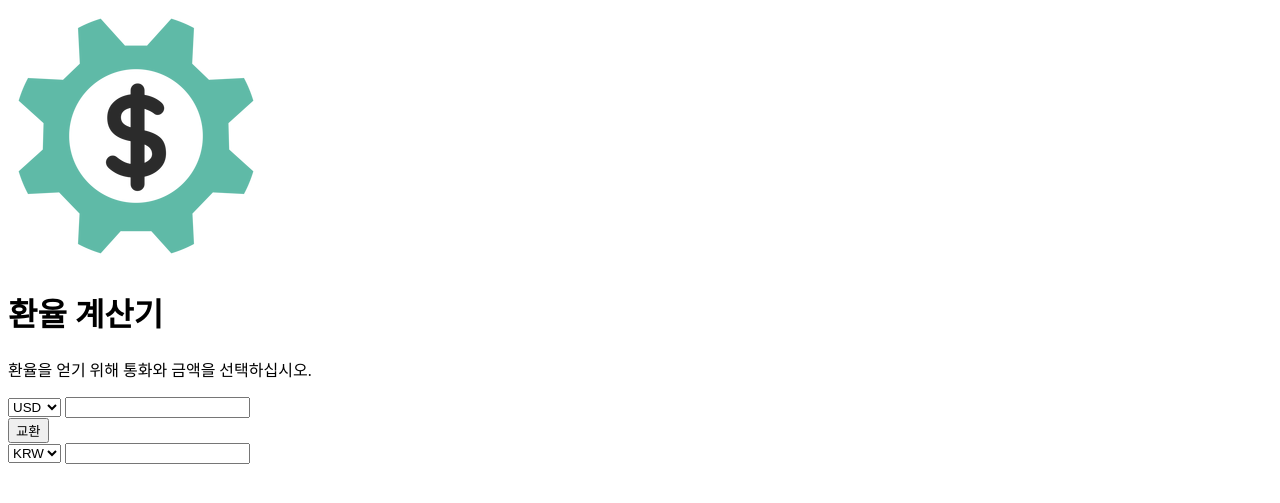
Repository: AbrorjonKuchkarov/exchange-rate
Page: index.html
These files come from the project's save history. The page is drawn as it stood at one moment and after the next save; the edit follows.
The browser window is 1280 px wide. The pictures show the whole page.

Above is the page before, as saved 2022-02-24 01:14:53.

### index.html
<!DOCTYPE html>
<html lang="en">
<head>
   <meta charset="UTF-8">
   <meta http-equiv="X-UA-Compatible" content="IE=edge">
   <meta name="viewport" content="width=device-width, initial-scale=1.0">
<link rel="stylesheet" href="style.css">
   <title>환율</title>
</head>
<body>
   <img src="img/money.png" alt="">
   <h1>환율 계산기 </h1>
   <p>환율을 얻기 위해 통화와 금액을 선택하십시오.</p>

   <div class="container">
      <div class="currency">
         <select id="selectOne">
            <option value="AED">AED</option>
            <option value="ARS">ARS</option>
            <option value="AUD">AUD</option>
            <option value="BGN">BGN</option>
            <option value="BRL">BRL</option>
            <option value="BSD">BSD</option>
            <option value="CAD">CAD</option>
            <option value="CHF">CHF</option>
            <option value="CLP">CLP</option>
            <option value="CNY">CNY</option>
            <option value="COP">COP</option>
            <option value="CZK">CZK</option>
            <option value="DKK">DKK</option>
            <option value="DOP">DOP</option>
            <option value="EGP">EGP</option>
            <option value="EUR">EUR</option>
            <option value="FJD">FJD</option>
            <option value="GBP">GBP</option>
            <option value="GTQ">GTQ</option>
            <option value="HKD">HKD</option>
            <option value="HRK">HRK</option>
            <option value="HUF">HUF</option>
            <option value="IDR">IDR</option>
            <option value="ILS">ILS</option>
            <option value="INR">INR</option>
            <option value="ISK">ISK</option>
            <option value="JPY">JPY</option>
            <option value="KRW">KRW</option>
            <option value="KZT">KZT</option>
            <option value="MXN">MXN</option>
            <option value="MYR">MYR</option>
            <option value="NOK">NOK</option>
            <option value="NZD">NZD</option>
            <option value="PAB">PAB</option>
            <option value="PEN">PEN</option>
            <option value="PHP">PHP</option>
            <option value="PKR">PKR</option>
            <option value="PLN">PLN</option>
            <option value="PYG">PYG</option>
            <option value="RON">RON</option>
            <option value="RUB">RUB</option>
            <option value="SAR">SAR</option>
            <option value="SEK">SEK</option>
            <option value="SGD">SGD</option>
            <option value="THB">THB</option>
            <option value="TRY">TRY</option>
            <option value="TWD">TWD</option>
            <option value="UAH">UAH</option>
            <option value="USD" selected>USD</option>
            <option value="UYU">UYU</option>
            <option value="VND">VND</option>
            <option value="ZAR">ZAR</option>
         </select>
         <input type="number" class="inputOne" >
      </div>

      <div class="swap">
         <button class="btn">교환</button>
         <div class="rate"></div>
      </div>

      <div class="currency">
         <select id="selectTwo">
         <option value="AED">AED</option>
         <option value="ARS">ARS</option>
         <option value="AUD">AUD</option>
         <option value="BGN">BGN</option>
         <option value="BRL">BRL</option>
         <option value="BSD">BSD</option>
         <option value="CAD">CAD</option>
         <option value="CHF">CHF</option>
         <option value="CLP">CLP</option>
         <option value="CNY">CNY</option>
         <option value="COP">COP</option>
         <option value="CZK">CZK</option>
         <option value="DKK">DKK</option>
         <option value="DOP">DOP</option>
         <option value="EGP">EGP</option>
         <option value="EUR">EUR</option>
         <option value="FJD">FJD</option>
         <option value="GBP">GBP</option>
         <option value="GTQ">GTQ</option>
         <option value="HKD">HKD</option>
         <option value="HRK">HRK</option>
         <option value="HUF">HUF</option>
         <option value="IDR">IDR</option>
         <option value="ILS">ILS</option>
         <option value="INR">INR</option>
         <option value="ISK">ISK</option>
         <option value="JPY">JPY</option>
         <option value="KRW" selected>KRW</option>
         <option value="KZT">KZT</option>
         <option value="MXN">MXN</option>
         <option value="MYR">MYR</option>
         <option value="NOK">NOK</option>
         <option value="NZD">NZD</option>
         <option value="PAB">PAB</option>
         <option value="PEN">PEN</option>
         <option value="PHP">PHP</option>
         <option value="PKR">PKR</option>
         <option value="PLN">PLN</option>
         <option value="PYG">PYG</option>
         <option value="RON">RON</option>
         <option value="RUB">RUB</option>
         <option value="SAR">SAR</option>
         <option value="SEK">SEK</option>
         <option value="SGD">SGD</option>
         <option value="THB">THB</option>
         <option value="TRY">TRY</option>
         <option value="TWD">TWD</option>
         <option value="UAH">UAH</option>
         <option value="USD">USD</option>
         <option value="UYU">UYU</option>
         <option value="VND">VND</option>
         <option value="ZAR">ZAR</option>
      </select>
      <input type="number" class="inputTwo" >
      </div>
   </div>




   <script src="app.js"></script>
</body>
</html>

### style.css
*{
   box-sizing: border-box;
}

Loaded but not shown: app.js (no copy from this time; the picture is the same without it)

After the next save:
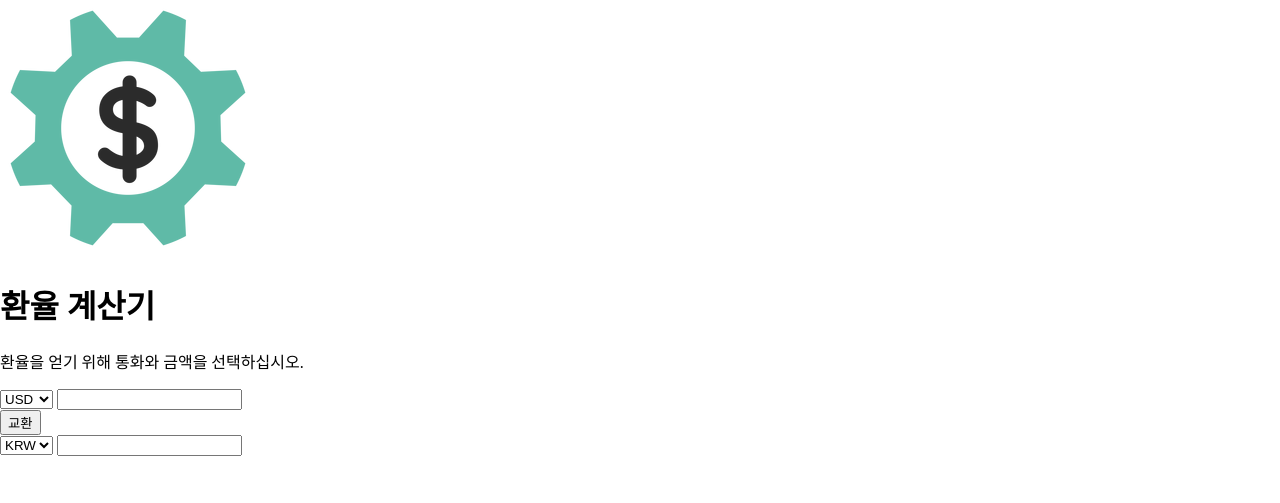
Saved 12 s later.
--- a/style.css
+++ b/style.css
@@ -1,3 +1,7 @@
 *{
    box-sizing: border-box;
 }
+
+body {
+   margin: 0;
+}
